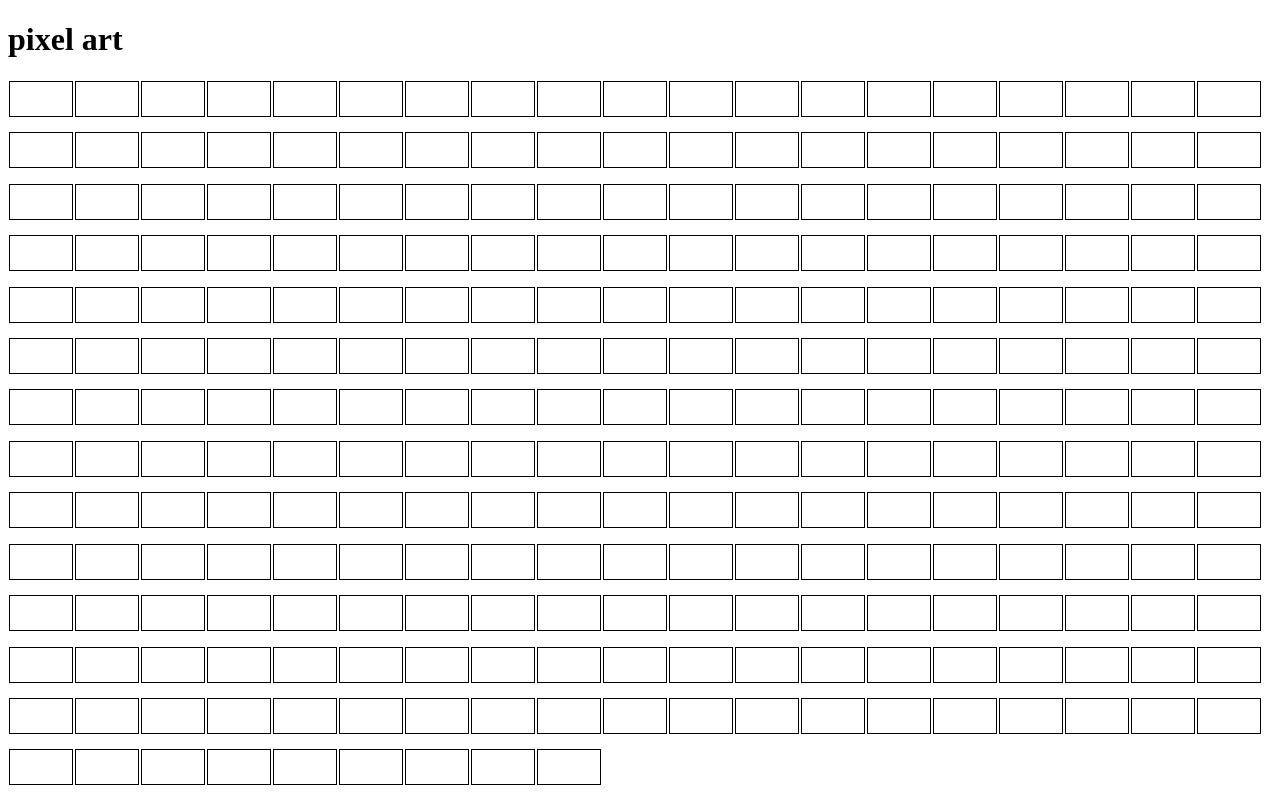
Repository: bechara611/pixelartdb
Page: /
These files come from the project's save history. The page is drawn as it stood at one moment and after the next save; the edit follows.
The browser window is 1280 px wide. The page is 1288 px wide, then 1280 px, so the pictures cover 1288 px, including what lies to the right of the window. The pictures show the whole page.
The project was rebuilt for these pictures with package versions that can differ from the ones it lists, and the page was loaded fresh each time. Also part of the build but not shown: vite.config.js.

Above is the page before, as saved 2023-03-05 19:47:16.

### src/main.jsx
import React from 'react'
import ReactDOM from 'react-dom/client'
import App from './App'


ReactDOM.createRoot(document.getElementById('root')).render(

    <App />

)

### src/App.jsx

import { useState } from 'react'
import './App.css'
import { Pixel } from './Pixel'

const App=()=> {
const  [pixels, setPixels] = useState(
  Array.from({length:16*16})
)
const funcionArray=(index)=>{
  let nuevoArray = [...pixels]
  console.log(index)
 console.log(!nuevoArray[index])
}

  return (
    <>
      <h1>pixel art</h1>

      <div className="contenedor">
      {
        pixels.map((a,index)=>{
          return <Pixel key={index}
                  funcion={()=>funcionArray(index)}
          ></Pixel>
        })
      }

      </div>
    </>
  )
}

export default App

### src/App.css

.pixel{
  width: calc(100%/20);
  height: calc(100%/20);
  border: 1px solid black;
  margin: 1px;
  box-sizing: border-box;

}
.active{
  background: green;
}

.contenedor{

  display: flex;
  flex-direction: row;
  flex-wrap: wrap;


width: 100vw;
height: 100vh;

}

### src/Pixel.jsx
import React, { useState } from 'react'
import './App.css'
import {selectableGroup, createSelectable} from 'react-selectable-fast'
export const Pixel = (props) => {
    const [isActive, setisActive] = useState(false)
  return (

 <div className={`pixel ${props.active ? 'active' : ''}`} style={{ background:props.active ? props.color : ''}}
 onClick={()=>{
    setisActive(!isActive)
    props.funcion();
}}
onMouseDown={()=>{props.onMouseDown()}}
onMouseUp={()=>{props.onMouseUp()}}
onTouchEnd={()=>{props.onMouseUp()}}
onMouseOver={()=>{props.onMouseOver()}}
onTouchStart={()=>{{
    props.onMouseDown()
    props.onMouseOver()}}}
 >

 </div>
  )
}

Loaded but not shown: index.html (common file)

After the next save:
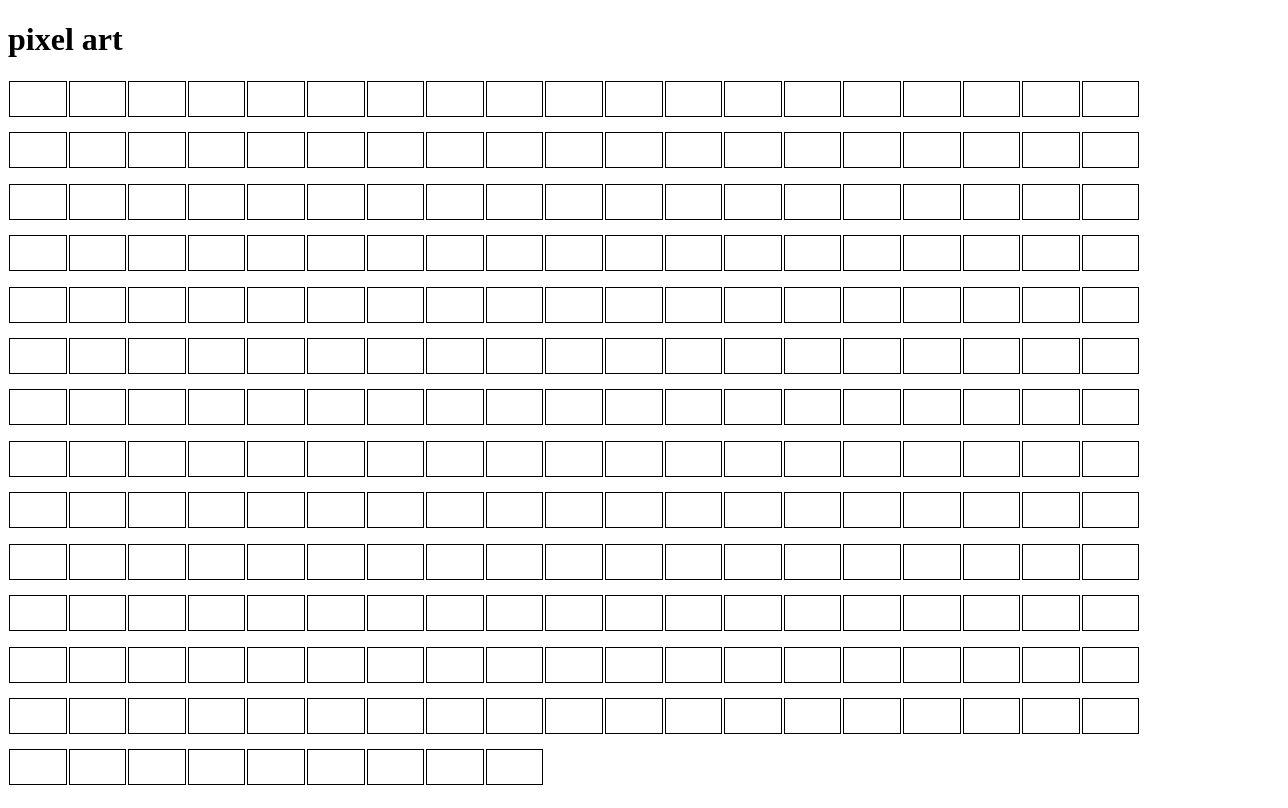
Saved 7 s later.
--- a/src/App.css
+++ b/src/App.css
@@ -18,7 +18,7 @@
   flex-wrap: wrap;
 
 
-width: 100vw;
+width: 90vw;
 height: 100vh;
 
 }
